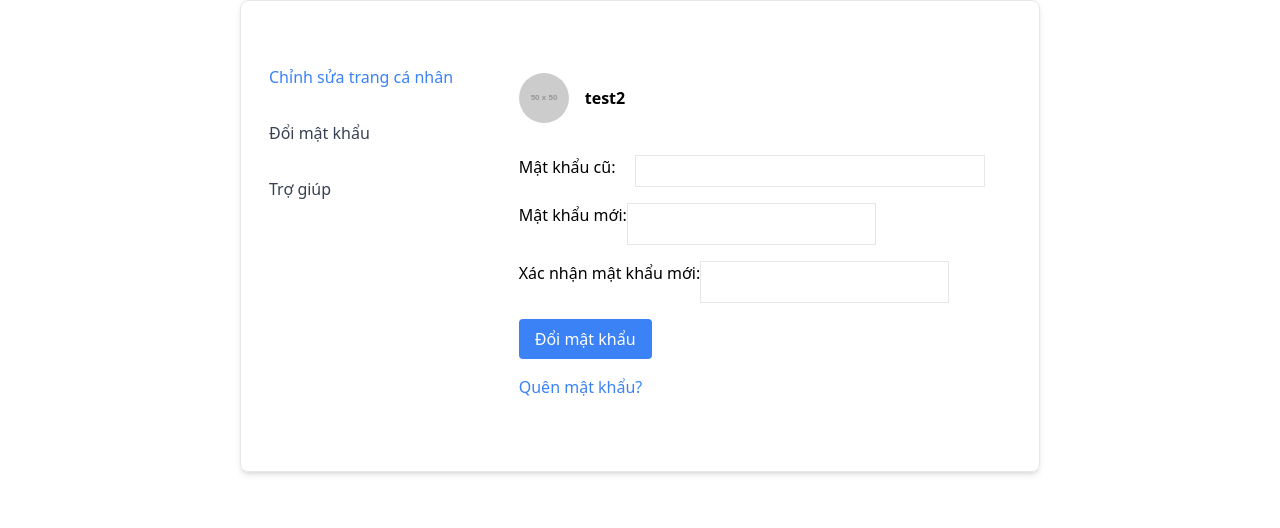
Repository: DangNgocDuong250903/2425_CS445AC_NHOM1
Page: /changepassword (app in social_fe/)
The author's editor kept a copy of each file at every save. The page is drawn from the files as they stood at one save, then again after the next save.
The browser window is 1280 px wide. The pictures show the whole page.
The project was rebuilt for these pictures with package versions that can differ from the ones it lists, and the page was loaded fresh each time. Also part of the build but not shown: social_fe/vite.config.js, social_fe/src/components/Button/index.jsx, social_fe/src/assets/index.js, social_fe/src/components/FriendCard/index.jsx, social_fe/src/components/Loading/index.jsx, social_fe/src/components/PostCard/index.jsx, social_fe/src/components/ProfileCard/index.jsx, social_fe/src/components/TextInput/index.jsx and 9 more.

Above is the page before, as saved 2024-11-05 16:46:41.

### social_fe/index.html
<!DOCTYPE html>
<html lang="en">
  <head>
    <meta charset="UTF-8" />
    <link rel="icon" type="image/svg+xml" href="/public/logo.svg" />
    <meta name="viewport" content="width=device-width, initial-scale=1.0" />
    <title>LinkVerse</title>
  </head>
  <body>
    <div id="root"></div>
    <script type="module" src="/src/main.jsx"></script>
  </body>
</html>

### social_fe/src/main.jsx
import { StrictMode } from "react";
import { createRoot } from "react-dom/client";
import App from "./App.jsx";
import "./index.css";
import { store } from "./redux/store.js";
import { Provider } from "react-redux";
import { BrowserRouter } from "react-router-dom";

createRoot(document.getElementById("root")).render(
  <StrictMode>
    <Provider store={store}>
      <BrowserRouter>
        <App />
      </BrowserRouter>
    </Provider>
  </StrictMode>,
);

### social_fe/src/App.jsx
import { Outlet, Navigate, Route, Routes, useLocation } from "react-router-dom";
import {
  Home,
  Profile,
  Register,
  Login,
  ResetPassword,
  NotFound,
} from "./pages";
import { useSelector } from "react-redux";
import UpdateUser from "./pages/ProfilePage/updateUser";
import ChangePassword from "./pages/ProfilePage/ChangePassword";

const Layout = () => {
  const { user } = useSelector((state) => state.user);
  const location = useLocation();

  return user?.token ? (
    <Outlet />
  ) : (
    <Navigate to="/login" state={{ from: location }} replace />
  );
};

function App() {
  const { theme } = useSelector((state) => state.theme);

  return (
    <div data-theme={theme} className="w-full min-h-[100vh]">
      <Routes>
        <Route element={<Layout />}>
          <Route path="/" element={<Home />} />
          <Route path="/profile" element={<Profile />} />
          <Route path="/update_user" element={<UpdateUser />} />
          <Route path="/changepassword" element={<ChangePassword />} />




        </Route>

        <Route path="/register" element={<Register />} />
        <Route path="/login" element={<Login />} />
        <Route path="/reset-password" element={<ResetPassword />} />
        <Route path="*" element={<NotFound />} />
      </Routes>
    </div>
  );
}

export default App;

### social_fe/src/index.css
@tailwind base;
@tailwind components;
@tailwind utilities;

::-webkit-scrollbar {
    display: none;
     -ms-overflow-style: none;  /* IE and Edge */
    scrollbar-width: none;
  }

  .topbar{
  position: sticky;
  top: 0px;
  z-index: 49;
  }


  .dots-container {
    display: flex;
    align-items: center;
    justify-content: center;
    height: 100%;
    width: 100%;
    margin-bottom: 5px;
  }

  .dot {
    height: 12px;
    width: 12px;
    margin-right: 10px;
    border-radius: 10px;
    background-color: #fff;
    animation: pulse 1.5s infinite ease-in-out;
  }

  .dot:last-child {
    margin-right: 0;
  }

  .dot:nth-child(1) {
    animation-delay: -0.3s;
  }

  .dot:nth-child(2) {
    animation-delay: -0.1s;
  }

  .dot:nth-child(3) {
    animation-delay: 0.1s;
  }

  @keyframes pulse {
    0% {
      transform: scale(0.8);
      background-color: #b3d4fc;
      box-shadow: 0 0 0 0 rgba(178, 212, 252, 0.7);
    }

    50% {
      transform: scale(1.2);
      background-color: #4b79e4;
      box-shadow: 0 0 0 10px rgba(178, 212, 252, 0);
    }

    100% {
      transform: scale(0.8);
      background-color: #2584f8;
      box-shadow: 0 0 0 0 rgba(178, 212, 252, 0.7);
    }
  }

  @layer base {
    :root {
      --color-bg: 227 227 227;
      --color-primary: 255 255 255;
      --color-secondary:255 255 255;
      --color-ascent1: 0 0 0;
      --color-ascent2: 89 91 100;
      --color-blue: 6 90 216;
      --color-white: 255 255 255;

    }
    /* //15 23 42  21 30 49*/
    [data-theme="dark"] {
       --color-bg: 12 12 12;
       --color-primary: 31 31 31;
      --color-secondary: 47 45 48;
      --color-ascent1: 255 255 255;
      --color-ascent2: 164 161 162;
      --color-blue: 6 90 216;
      /* //16 176 255; */
      --color-white: 255 255 255;
    }
  }

### social_fe/src/redux/store.js
import { configureStore } from "@reduxjs/toolkit";

import { rootReducer } from "./reducer";

const store = configureStore({
  reducer: rootReducer,
});

const { dispatch } = store;

export { store, dispatch };

### social_fe/src/pages/index.js
import Home from "./HomePage";
import Login from "./LoginPage";
import NotFound from "./NotFoundPage";
import Profile from "./ProfilePage";
import Register from "./RegisterPage";
import ResetPassword from "./ResetPasswordPage";

export { Home, Login, NotFound, Profile, Register, ResetPassword };

### social_fe/src/pages/ProfilePage/ChangePassword.jsx
import React, { useState } from 'react';
import { Link, useNavigate } from 'react-router-dom';

const ChangePassword = () => {
    const [selectedLink, setSelectedLink] = useState(1);
    const navigate = useNavigate()
    const handleLinkClick = (linkIndex) => {
        setSelectedLink(linkIndex);
    };
    return (
        <div className="flex w-[800px] mx-auto pt-10 pb-10 border border-gray-200 shadow-md rounded-lg">
            <div className="w-1/3 p-4 bg-white rounded-md ">
                <ul className="flex flex-col ">

                    <Link
                        to="/update_user"
                        onClick={() => handleLinkClick(1)}
                        className={`mb-4 font-medium hover:bg-gray-200 px-3 py-2 rounded-lg ${selectedLink === 1 ? 'text-blue-500' : 'text-gray-700'}`}
                    >
                        Chỉnh sửa trang cá nhân
                    </Link>


                    <Link
                        to="/changepassword"
                        onClick={() => handleLinkClick(2)}
                        className={`mb-4 font-medium hover:bg-gray-200 px-3 py-2 rounded-lg ${selectedLink === 2 ? 'text-blue-500' : 'text-gray-700'}`}
                    >
                        Đổi mật khẩu
                    </Link>

                    <Link

                        onClick={() => handleLinkClick(3)}
                        className={`mb-4 font-medium hover:bg-gray-200 px-3 py-2 rounded-lg ${selectedLink === 3 ? 'text-blue-500' : 'text-gray-700'}`}
                    >
                        Trợ giúp
                    </Link>
                </ul>
            </div>
            <div className="w-3/4 p-8">
                <div className="flex items-center mb-8">
                    <img src="https://placehold.co/50x50" alt="User avatar" className="mr-4 rounded-full" />
                    <span className="font-bold">test2</span>
                </div>
                <div className="flex gap-5 mb-4 ">
                    <label className="mb-2 ">Mật khẩu cũ:</label>
                    <input type="password" className="w-[350px] px-2  border" />
                </div>
                <div className="flex mb-4 ju">
                    <label className="block mb-2">Mật khẩu mới:</label>
                    <input type="password" className="p-2 border " />
                </div>
                <div className="flex mb-4">
                    <label className="block mb-2">Xác nhận mật khẩu mới:</label>
                    <input type="password" className="p-2 border " />
                </div>
                <button className="px-4 py-2 text-white bg-blue-500 rounded">Đổi mật khẩu</button>
                <div className="mt-4">
                    <a href="#" className="text-blue-500">Quên mật khẩu?</a>
                </div>
            </div>
        </div>
    );
};

export default ChangePassword;

### social_fe/src/redux/reducer.js
import { combineReducers } from "@reduxjs/toolkit";

import postSlice from "./Slices/postSlice";
import themeSlice from "./Slices/theme";
import userSlice from "./Slices/userSlice";

const rootReducer = combineReducers({
  user: userSlice,
  theme: themeSlice,
  posts: postSlice,
});

export { rootReducer };

### social_fe/src/redux/Slices/postSlice.js
import { createSlice } from "@reduxjs/toolkit";

const initialState = {
  posts: {},
};

const postSlice = createSlice({
  name: "post",
  initialState,
  reducers: {
    getPosts(state, action) {
      state.posts = action.payload;
    },
  },
});

export default postSlice.reducer;

export function SetPosts(post) {
  return (dispatch) => {
    dispatch(postSlice.actions.getPosts(post));
  };
}

### social_fe/src/redux/Slices/theme.js
import { createSlice } from "@reduxjs/toolkit";

const initialState = {
  theme: JSON.parse(window?.localStorage.getItem("theme")) ?? "dark",
};

const themeSlice = createSlice({
  name: "theme",
  initialState,
  reducers: {
    setTheme(state, action) {
      state.theme = action.payload;
      localStorage.setItem("theme", JSON.stringify(action.payload));
    },
  },
});

export default themeSlice.reducer;

export function SetTheme(value) {
  return (dispatch) => {
    dispatch(themeSlice.actions.setTheme(value));
  };
}

### social_fe/src/redux/Slices/userSlice.js
import { createSlice } from "@reduxjs/toolkit";

import { user } from "../../assets/data";

const initialState = {
  user: JSON.parse(window?.localStorage.getItem("user")) ?? user,
  edit: false,
};

const userSlice = createSlice({
  name: "user",
  initialState,
  reducers: {
    login(state, action) {
      state.user = action.payload;
      localStorage.setItem("user", JSON.stringify(action.payload));
    },
    logout(state) {
      state.user = null;
      localStorage?.removeItem("user");
    },
    updateProfile(state, action) {
      state.edit = action.payload;
    },
  },
});
export default userSlice.reducer;

export function UserLogin(user) {
  return (dispatch) => {
    dispatch(userSlice.actions.login(user));
  };
}

export function Logout() {
  return (dispatch) => {
    dispatch(userSlice.actions.logout());
  };
}

export function UpdateProfile(val) {
  return (dispatch) => {
    dispatch(userSlice.actions.updateProfile(val));
  };
}

### social_fe/tailwind.config.js
/** @type {import('tailwindcss').Config} */
export default {
  content: [
    "./index.html",
    "./src/**/*.{js,ts,jsx,tsx}",
  ],
  theme: {
    extend: {
      colors: {
        bgColor: "rgb(var(--color-bg) / <alpha-value>)",
        primary: "rgb(var(--color-primary) / <alpha-value>)",
        secondary: "rgb(var(--color-secondary) / <alpha-value>)",
        customBlue: "rgb(var(--color-blue) / <alpha-value>)",
        white: "rgb(var(--color-white) / <alpha-value>)",
        ascent: {
          1: "rgb(var(--colorgit-ascent1) / <alpha-value>)",
          2: "rgb(var(--color-ascent2) / <alpha-value>)",
        },
      },
      screens: {
        sm: "640px",

        md: "768px",

        lg: "1024px",

        xl: "1280px",

        "2xl": "1536px",
      },
      extend: {
      },
    },
    plugins: [],
  }
}

Loaded but not shown: social_fe/src/assets/data.js (508 lines, source omitted)

After the next save:
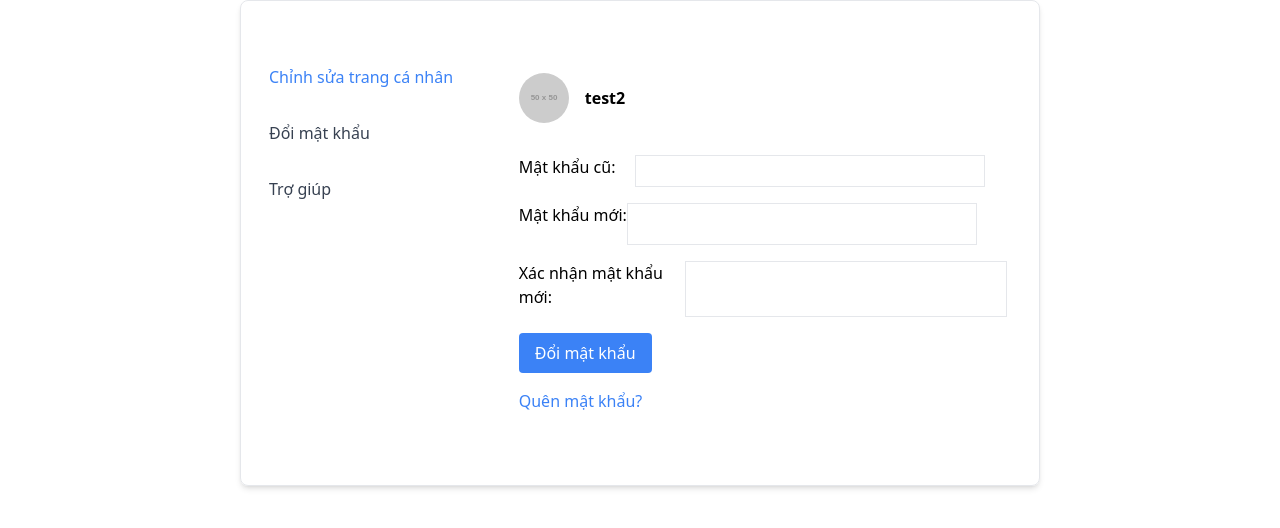
Saved 18 s later.
--- a/social_fe/src/pages/ProfilePage/ChangePassword.jsx
+++ b/social_fe/src/pages/ProfilePage/ChangePassword.jsx
@@ -49,11 +49,11 @@ const ChangePassword = () => {
                 </div>
                 <div className="flex mb-4 ju">
                     <label className="block mb-2">Mật khẩu mới:</label>
-                    <input type="password" className="p-2 border " />
+                    <input type="password" className="p-2 w-[350px] px-2  border " />
                 </div>
                 <div className="flex mb-4">
                     <label className="block mb-2">Xác nhận mật khẩu mới:</label>
-                    <input type="password" className="p-2 border " />
+                    <input type="password" className="p-2 w-[350px] px-2  border " />
                 </div>
                 <button className="px-4 py-2 text-white bg-blue-500 rounded">Đổi mật khẩu</button>
                 <div className="mt-4">
